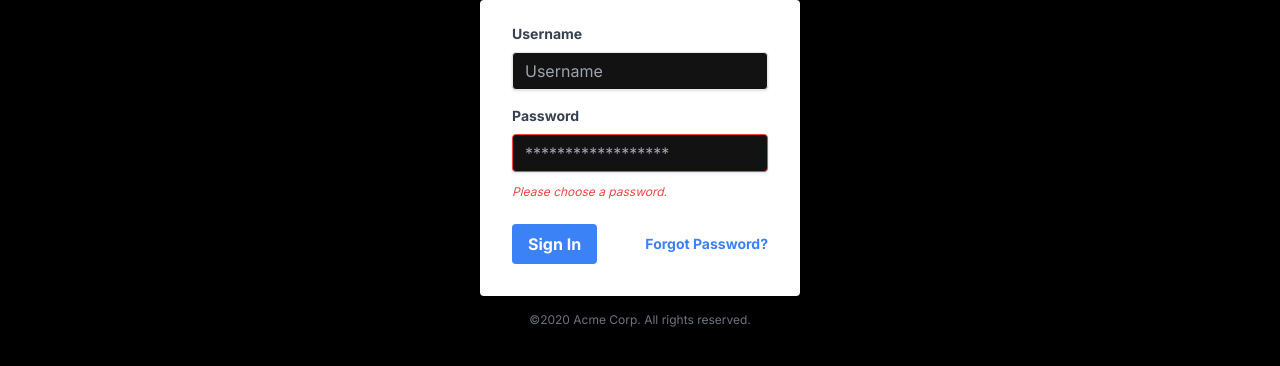
Repository: uh-sman/tasks
Page: /auth
These files come from the project's save history. The page is drawn as it stood at one moment and after the next save; the edit follows.
The browser window is 1280 px wide. The pictures show the whole page.
The project was rebuilt for these pictures with package versions that can differ from the ones it lists, and the page was loaded fresh each time. The framework's server and built-in components were replaced by stand-ins that run in the browser. Also part of the build but not shown: next.config.js.

Above is the page before, as saved 2024-01-12 09:00:15.

### app/layout.tsx
import type { Metadata } from "next";
import { Inter } from "next/font/google";
import "./globals.css";
import Head from "next/head";
import Sidebar from "../components/Sidebar";
import Home from "./(site)/page";
import ToasterProvider from "@/providers/ToasterProvider";

const inter = Inter({ subsets: ["latin"] });

export const metadata: Metadata = {
  title: "Create Next App",
  description: "Generated by create next app",
};

export default function RootLayout({
  children,
}: {
  children: React.ReactNode;
}, ) {
  return (
    <html lang="en">
      <body className={inter.className}>
        <ToasterProvider />
        {children}
      </body>
    </html>
  );
}


{/* <Home>
        {children}
        </Home> */}
        {/* <Sidebar>
          {children}
        </Sidebar> */}
        {/* {children} */}

### app/(components)/auth/layout.tsx
export default function AuthLayout({
    children,
  }: {
    children: React.ReactNode
  }) {
    return (
      <div>
        {children}
      </div>
    )
  }

### app/(components)/auth/page.tsx
import React from "react";

const AuthForm = () => {
  return (
    <div className="flex justify-center h-full w-full">
      <div className="w-full max-w-xs">
  <form className="bg-white shadow-md rounded px-8 pt-6 pb-8 mb-4">
    <div className="mb-4">
      <label className="block text-gray-700 text-sm font-bold mb-2" htmlFor="username">
        Username
      </label>
      <input className="shadow appearance-none border rounded w-full py-2 px-3 text-gray-700 leading-tight focus:outline-none focus:shadow-outline" id="username" type="text" placeholder="Username" />
    </div>
    <div className="mb-6">
      <label className="block text-gray-700 text-sm font-bold mb-2" htmlFor="password">
        Password
      </label>
      <input className="shadow appearance-none border border-red-500 rounded w-full py-2 px-3 text-gray-700 mb-3 leading-tight focus:outline-none focus:shadow-outline" id="password" type="password" placeholder="******************"/>
      <p className="text-red-500 text-xs italic">Please choose a password.</p>
    </div>
    <div className="flex items-center justify-between">
      <button className="bg-blue-500 hover:bg-blue-700 text-white font-bold py-2 px-4 rounded focus:outline-none focus:shadow-outline" type="button">
        Sign In
      </button>
      <a className="inline-block align-baseline font-bold text-sm text-blue-500 hover:text-blue-800" href="#">
        Forgot Password?
      </a>
    </div>
  </form>
  <p className="text-center text-gray-500 text-xs">
    &copy;2020 Acme Corp. All rights reserved.
  </p>
</div>
    </div>
  );
};

export default AuthForm;

### app/globals.css
@tailwind base;
@tailwind components;
@tailwind utilities;

html,
body,
:root{
  height: 100%;
  background-color: black;
  color-scheme: dark;
}

### providers/ToasterProvider.tsx
'use client'
import { Toaster } from "react-hot-toast"

const ToasterProvider = () => {
    return (
        <Toaster />
    )
}

export default ToasterProvider

Loaded but not shown: tailwind.config.ts (common file)

After the next save:
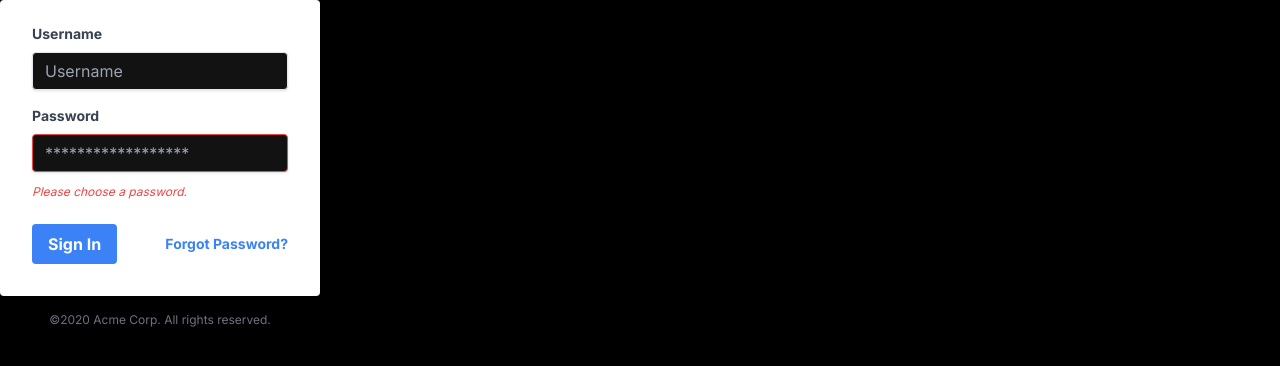
Saved 24 s later.
--- a/app/(components)/auth/page.tsx
+++ b/app/(components)/auth/page.tsx
@@ -2,7 +2,7 @@
 
 const AuthForm = () => {
   return (
-    <div className="flex justify-center h-full w-full">
+    <div className="">
       <div className="w-full max-w-xs">
   <form className="bg-white shadow-md rounded px-8 pt-6 pb-8 mb-4">
     <div className="mb-4">

After the save that followed:
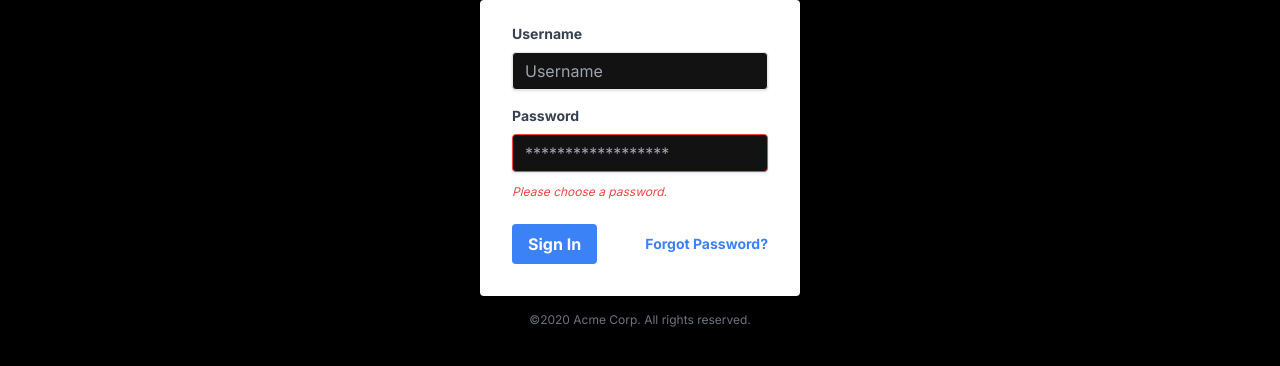
Saved 44 s later.
--- a/app/(components)/auth/page.tsx
+++ b/app/(components)/auth/page.tsx
@@ -2,7 +2,7 @@
 
 const AuthForm = () => {
   return (
-    <div className="">
+    <div className="flex justify-center  h-full w-full">
       <div className="w-full max-w-xs">
   <form className="bg-white shadow-md rounded px-8 pt-6 pb-8 mb-4">
     <div className="mb-4">
